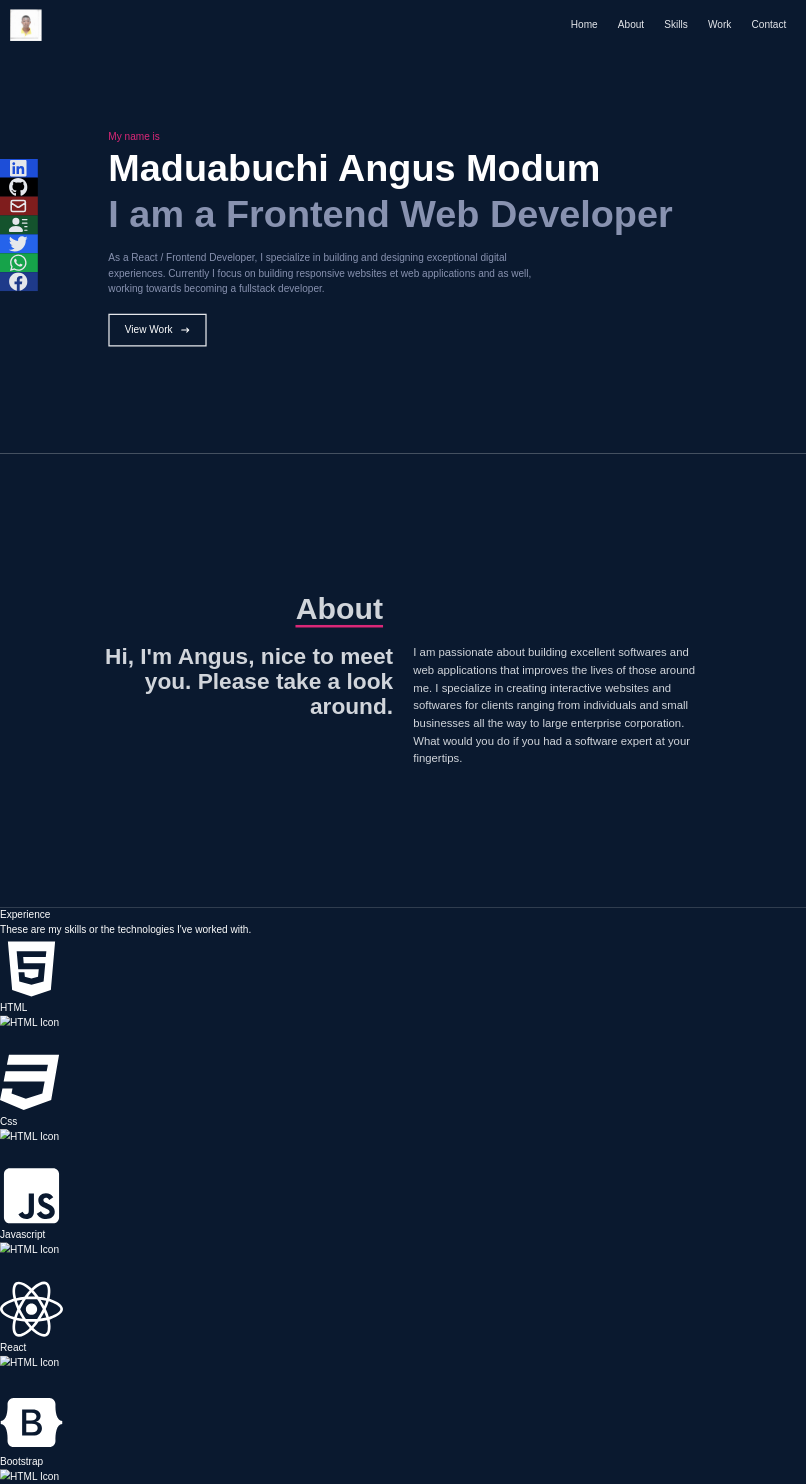
Repository: AngusOnyebuchi/Dashboard
Page: /
An editor plug-in stored every save of this project. The page is shown before and after the next save, followed by the edit.
The browser window is 1280 px wide. The pictures show the whole page, at 63% of full size.
The project was rebuilt for these pictures with package versions that can differ from the ones it lists, and the page was loaded fresh each time.

Above is the page before, as saved 2022-04-14 12:28:40.

### public/index.html
<!DOCTYPE html>
<html lang="en">
  <head>
    <meta charset="utf-8" />
    <link rel="icon" href="%PUBLIC_URL%/favicon.ico" />
    <meta name="viewport" content="width=device-width, initial-scale=1" />
    <meta name="theme-color" content="#000000" />
    <meta
      name="description"
      content="Web site created using create-react-app"
    />
    <link rel="apple-touch-icon" href="%PUBLIC_URL%/logo192.png" />
    <!--
      manifest.json provides metadata used when your web app is installed on a
      user's mobile device or desktop. See https://developers.google.com/web/fundamentals/web-app-manifest/
    -->
    <link rel="manifest" href="%PUBLIC_URL%/manifest.json" />
    <!--
      Notice the use of %PUBLIC_URL% in the tags above.
      It will be replaced with the URL of the `public` folder during the build.
      Only files inside the `public` folder can be referenced from the HTML.

      Unlike "/favicon.ico" or "favicon.ico", "%PUBLIC_URL%/favicon.ico" will
      work correctly both with client-side routing and a non-root public URL.
      Learn how to configure a non-root public URL by running `npm run build`.
    -->
    <title>Angus Portfolio</title>
  </head>
  <body>
    <noscript>You need to enable JavaScript to run this app.</noscript>
    <div id="root"></div>
    <!--
      This HTML file is a template.
      If you open it directly in the browser, you will see an empty page.

      You can add webfonts, meta tags, or analytics to this file.
      The build step will place the bundled scripts into the <body> tag.

      To begin the development, run `npm start` or `yarn start`.
      To create a production bundle, use `npm run build` or `yarn build`.
    -->
  </body>
</html>

### src/index.js
import React from "react";
import ReactDOM from "react-dom";
import "./style.css"
import App from "./App";

ReactDOM.render(<App/>, document.getElementById("root"))

### src/style.css
@tailwind base;
@tailwind components;
@tailwind utilities;

@layer base {
    body{
        @apply font-[Sans-serif];
    }
    li {
        @apply px-4;
        @apply cursor-pointer;
    }
}

### src/App.js
import React from "react";
import NavBar from "./components/NavBar"
import Home from "./components/Home"
import About from "./components/About"
import Skills from "./components/Skills";

export default function App() {
    return (
        <div>
          <NavBar/>
          <Home/>
          <About/>
          <Skills/>
        </div>
    )
}

### src/components/NavBar.js
import React, {useState} from "react";
import {FaBars, FaTimes, FaGithub, FaFacebook, FaTwitter, FaWhatsapp, FaLinkedin} from "react-icons/fa"
import {HiOutlineMail} from "react-icons/hi"
import {BsFillPersonLinesFill} from "react-icons/bs"
import Logo from "../images/passport.jpg"

export default function NavBar() {

  const [nav, setNav] = useState(true)
  const handleClick = () => setNav(!nav)
  return(
    <div className="fixed w-full h-[80px] flex justify-between items-center px-4 bg-[#0a192f] text-gray-200 ">

       <div>
          <img src={Logo} alt="Logo Image" style={{width: "50px"}}/>
       </div>

         {/* Menu */}
         <ul className="hidden md:flex">
            <li className="hover:border-b-2 border-pink-600">Home</li>
            <li className="hover:border-b-2 border-pink-600">About</li>
            <li className="hover:border-b-2 border-pink-600">Skills</li>
            <li className="hover:border-b-2 border-pink-600">Work</li>
            <li className="hover:border-b-2 border-pink-600">Contact</li>
         </ul>

       {/* Hamburger */}
       <div onClick={handleClick} className="md:hidden z-10">
          {nav ? <FaBars/> : <FaTimes/>}
       </div>

       {/* Mobile menu*/}
       <ul className={nav ? "hidden" : "absolute top-0 left-0 w-full h-screen bg-inherit flex flex-col justify-center items-center md:hidden"}>
            <li className="py-6 text-4xl">Home</li>
            <li className="py-6 text-4xl">About</li>
            <li className="py-6 text-4xl">Skills</li>
            <li className="py-6 text-4xl">Work</li>
            <li className="py-6 text-4xl">Contact</li>
       </ul>

       {/**Social Icons */}
       <div className="hidden lg:flex fixed flex-col top-[35%] left-0">
         <ul>

           <li className="w-[160px] h-60px flex justify-between items-center ml-[-100px] hover:ml-[-10px] duration-300 bg-blue-700">
             <a className="flex justify-between items-center w-full text-gray-200 "
                href="/">
               LinkedIn <FaLinkedin size={30}/>
             </a>
           </li>

           <li className="w-[160px] h-60px flex justify-between items-center ml-[-100px] hover:ml-[-10px] duration-300 bg-black">
             <a className="flex justify-between items-center w-full text-gray-200 "
                href="/">
               Github <FaGithub size={30}/>
             </a>
           </li>

           <li className="w-[160px] h-60px flex justify-between items-center ml-[-100px] hover:ml-[-10px] duration-300 bg-red-900">
             <a className="flex justify-between items-center w-full text-gray-200 "
                href="/">
               Email <HiOutlineMail size={30}/>
             </a>
           </li>

           <li className="w-[160px] h-60px flex justify-between items-center ml-[-100px] hover:ml-[-10px] duration-300 bg-green-900">
             <a className="flex justify-between items-center w-full text-gray-200 "
                href="/">
               Resume <BsFillPersonLinesFill size={30}/>
             </a>
           </li>

           <li className="w-[160px] h-60px flex justify-between items-center ml-[-100px] hover:ml-[-10px] duration-300 bg-blue-600">
             <a className="flex justify-between items-center w-full text-gray-200 "
                href="/">
               Twitter <FaTwitter size={30}/>
             </a>
           </li>

           <li className="w-[160px] h-60px flex justify-between items-center ml-[-100px] hover:ml-[-10px] duration-300 bg-green-600">
             <a className="flex justify-between items-center w-full text-gray-200 "
                href="/">
               Whatsapp <FaWhatsapp size={30}/>
             </a>
           </li>

           <li className="w-[160px] h-60px flex justify-between items-center ml-[-100px] hover:ml-[-10px] duration-300 bg-blue-900">
             <a className="flex justify-between items-center w-full text-gray-200 "
                href="/">
               Facebook <FaFacebook size={30}/>
             </a>
           </li>

         </ul>
       </div>

    </div>
  )
}

### src/components/Home.js
import React from "react";
import { HiArrowNarrowRight} from "react-icons/hi"

export default function Home() {
    return (
        <div name="home" className="w-full h-screen bg-[#0a192f] ">

            {/** Container */}
            <div className="max-w-[1000px] mx-auto px-8 flex flex-col justify-center h-full">
               <p className="text-pink-600 mt-12 mb-2">My name is</p>
               <h1 className="text-3xl sm:text-6xl font-bold text-white">Maduabuchi Angus Modum</h1>
               <h2 className="text-4xl sm:text-6xl font-bold text-[#8892b0] py-3">I am a Frontend Web Developer </h2>
               <p className="text-[#8892b0] py-4 max-w-[700px]">As a React / Frontend Developer, I specialize in building and designing exceptional digital experiences. Currently I focus on building responsive websites et web applications and as well, working towards becoming a fullstack developer.</p>
               <div>
                   <button className="group text-white border-2 px-6 py-3 my-3 flex items-center hover:bg-pink-600 hover:border-pink-600">View Work
                   <span className="group-hover:rotate-90 duration-300"><HiArrowNarrowRight className="ml-3 "/></span> </button>
               </div>
            </div>
        </div>
    )
}

### src/components/About.js
import React from "react";
import {HiArrowNarrowRight} from "react-icons/hi"

export default function About() {
    return(
        <div name="about" className="w-full h-screen bg-[#0a192f] text-gray-300">
            <div className="flex flex-col justify-center items-center w-full h-full">
                <div className="max-w-[1000px] w-full px-4 grid grid-cols-2 gap-8">
                    <div className="sm:text-right pb-8 pr-4">
                        <p className="text-4xl sm:text-5xl font-bold inline border-b-4 border-pink-600">About</p>
                    </div>
                    <div></div>
                </div>
                <div className="max-w-[1000px] w-full grid sm:grid-cols-2 gap-8 px-4">
                    <div className="sm:text-right text-4xl font-bold">
                        <p>Hi, I'm Angus, nice to meet you. Please take a look around.</p>
                    </div>
                    <div>
                        <p className="text-md sm:text-lg">I am passionate about building excellent softwares and web applications that improves the lives of those around me.
                            I specialize in creating interactive websites and softwares for clients ranging from individuals and small businesses
                            all the way to large enterprise corporation. What would you do if you had a software expert at your fingertips.
                        </p>
                    </div>
                </div>
            </div>
        </div>
    )
}

### src/components/Skills.js
import React from "react";
import {FaHtml5, FaCss3, FaJsSquare, FaBootstrap, FaReact, FaNodeJs, FaGit, FaGithub} from "react-icons/fa"

export default function Skills() {
    return(
        <div name="skills" className="bg-[#0a192f] text-white">

            {/** Container */}
            <div>
                <div>
                    <p>Experience</p>
                    <p>These are my skills or the technologies I've worked with.</p>
                </div>
                <div className="grid grid-col-4 gap-8">
                    <div>
                        <FaHtml5 size={100}/> <p>HTML</p>
                        <img src={FaHtml5} alt="HTML Icon"/>
                    </div>
                    <div>
                        <FaCss3 size={100}/> <p>Css</p>
                        <img src={FaHtml5} alt="HTML Icon"/>
                    </div>
                    <div>
                        <FaJsSquare size={100}/> <p>Javascript</p>
                        <img src={FaHtml5} alt="HTML Icon"/>
                    </div>
                    <div>
                        <FaReact size={100}/> <p>React</p>
                        <img src={FaHtml5} alt="HTML Icon"/>
                    </div>
                    <div>
                        <FaBootstrap size={100}/> <p>Bootstrap</p>
                        <img src={FaHtml5} alt="HTML Icon"/>
                    </div>
                </div>
            </div>
        </div>
    )
}

Loaded but not shown: tailwind.config.js (common file)

After the next save:
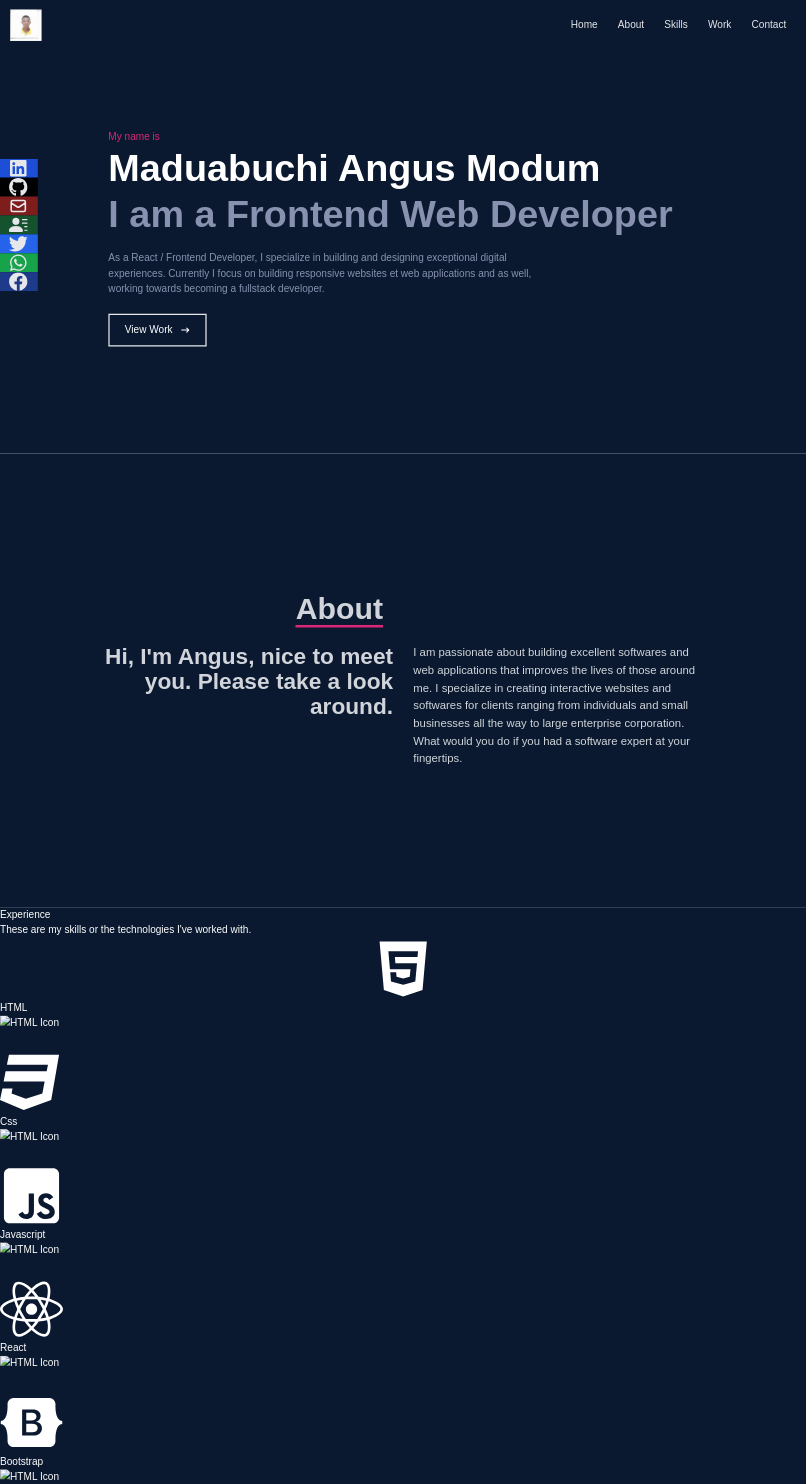
Saved 2 min 18 s later.
--- a/src/components/Skills.js
+++ b/src/components/Skills.js
@@ -13,7 +13,7 @@ export default function Skills() {
                 </div>
                 <div className="grid grid-col-4 gap-8">
                     <div>
-                        <FaHtml5 size={100}/> <p>HTML</p>
+                        <FaHtml5 size={100} className="mx-auto"/> <p>HTML</p>
                         <img src={FaHtml5} alt="HTML Icon"/>
                     </div>
                     <div>
